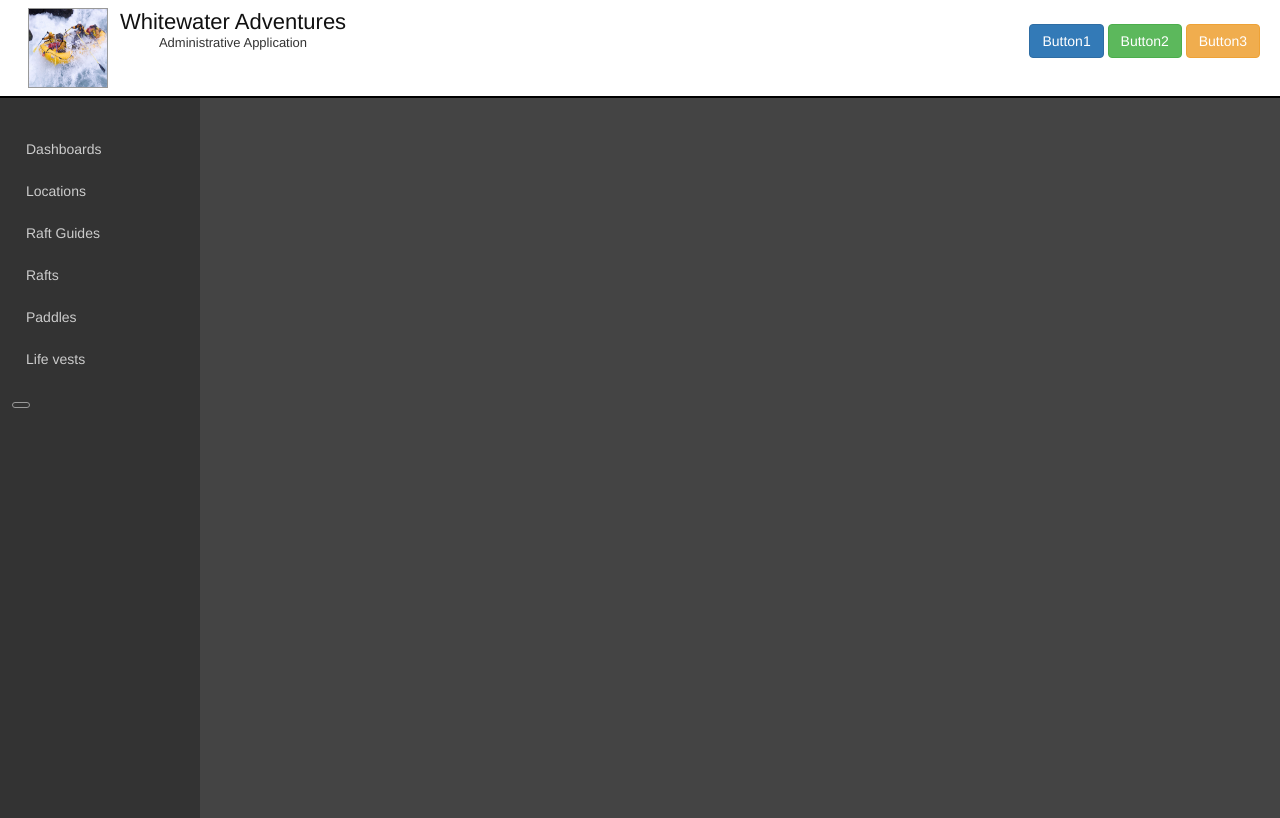
Repository: chetana161992/white
Page: index.html
The author's editor kept a record of every edit. The page is drawn from the files as they stood at one moment, then again after the next edit.
The browser window is 1280 px wide. The pictures show the whole page.
Some web libraries are served in a nearby version.

Above is the page before.

### index.html
<!DOCTYPE html>
<html  ng-app="app">
   <head>
   	<meta name="viewport" content="width=device-width, initial-scale=1, maximum-scale=1, user-scalable=no">
         <title>Whitewater Adventures</title>
            <link href="content/bootstrap.min.css" rel="stylesheet"/>
             <link href="content/font-awesome.min.css" rel="stylesheet"/>
            <link href="app/app.css" rel="stylesheet"/>

            <link href="extModules/psMenu/psMenu.css" rel="stylesheet"/>

            <link href="extModules/psFramework/psFramework.css" rel="stylesheet"/>
            <script src="scripts/angular.min.js"></script>
            <script src="scripts/jquery-2.1.4.min.js"></script>

			<script src="extModules/psDashboard/psDashboardModule.js"></script>
			<script src="extModules/psMenu/psMenuModule.js"></script>
			<script src="extModules/psMenu/psMenuDirective.js"></script>
			<script src="extModules/psMenu/psMenuItemDirective.js"></script>


			<script src="extModules/psMenu/psMenuController.js"></script>
			<script src="extModules/psFramework/psFrameworkModule.js"></script>
			<script src="extModules/psFramework/psFrameworkDirective.js"></script>
			<script src="extModules/psFramework/psFrameworkController.js"></script>

			<script src="app/appModule.js"></script>
   </head>
   <body class="container-fluid">

   	<ps-framework title="Whitewater Adventures"
   				  subtitle="Administrative Application"
   				  icon-file="images/oars_whitewater.jpg">

   		<ps-menu>
   			<ps-menu-item label="Dashboards" icon="fa-dashboard" route="dashboards"></ps-menu-item>
   			<ps-menu-item label="Locations" icon="fa-location-arrow" route="locations"></ps-menu-item>
   			<ps-menu-item label="Raft Guides" icon="fa-user" route="guides"></ps-menu-item>
   			<ps-menu-group label="Equipment" icon="fa-gears">
   			     <ps-menu-item label="Rafts" icon="fa-unlink" route="rafts"></ps-menu-item>
   			     <ps-menu-item label="Paddles" icon="fa-magic" route="paddles"></ps-menu-item>
   			    <ps-menu-item label="Life vests" icon="fa-life-ring" route="vests"></ps-menu-item>


   			</ps-menu-group>


   		</ps-menu>

   	</ps-framework>



    </body>


</html>

### app/app.css

body{
	background-color: #444;


}

.container-fluid{
	padding: 0;
}

### extModules/psMenu/psMenu.css

.ps-menu-area {
	position: relative;
	background-color: #333;
	color: #ccc;
	padding-left: 0;
}

.ps-menu-area-vertical{
	padding-top: 30px;
	width: 200px;
	min-height: 100vh;
}

.ps-menu-area-horizontal{
	width:100%;
	height:40px;
}
.ps-menu-area .btn:hover {
	color: #ccc;
}

.ps-menu-area ul {
	padding-left: 0;
}

.ps-menu {
	list-style-type: none;
	vertical-align: top;
}

.ps-menu ul {
	list-style-type: none;
	display: inline;
	padding-left: 0;
}

.ps-menu li {
	line-height: 3em;
	cursor: pointer;
}

.ps-menu li div {

	display: inline-block;
	width: 90%;
	padding-left: 16px;

}

.ps-menu-active-indicator {
	float:right;
	color:#ddd;
	margin-right:0;
	margin-top:8px;
}
.ps-selectable-item:hover {
	background-color: #555;
}

.ps-menu-icon {
	margin-right: 10px;
}

.ps-noselect {
	-Webkit-touch-callout: none;
	  user-select: none;
}


.ps-group-indicator-left{
	float:right;
	color:#ddd;
	margin-right:2px;
	margin-top:15px;

}

.ps-subitem-section{
	padding-left:16px;

}

.ps-menu-layout-button{
	margin:12px;
	padding:2px 8px;
	color:#bbb;
	background-color:#333;
	border:1px solid #999;
}

.ps-item-horizontal{
	display:inline-block;
	width:165px !important;
	margin-left:20px;
	margin-top:5px;
	line-height:1.5em !important;
}

### extModules/psFramework/psFramework.css

.ps-title-bar{
	background-color:white;
	padding:0px 20px;
	border-bottom: 2px solid black;


}

.ps-logo-area{
	/*text-align: center;*/
}

.ps-title-area{
	display: inline-block;
	text-align:center;

}




.ps-icon{
	 display: inline-block;
	 width: 80px;
	 height:80px;
	 margin: 8px;
	 vertical-align: top;
	 border:1px solid #999;

}

.ps-title {
	color:#111;
	margin-top:6px;
	font-size: 22px;
}

.ps-subtitle {
	font-size: 13px;
	margin-top: -13px;
}

@media screen and (max-width: 430px){
	.ps-icon >div
	{
		display:none;
	}
	.ps-logo-title{
		font-size:18px;
	}
}

.ps-rightside-controls {
	line-height: 80px;
}

.ps-rightside-controls>div
{
	text-align: center;
}


@media screen and (min-width: 768px){
	.ps-rightside-controls >div
	{
		text-align: right;
	}
	.ps-logo-area{
		text-align: left;
	}
}


.ps-collapsed-menu {
	display:inline-block;
	height:100%;
}


.ps-nav-button {
	width:60px;
	height:40px;
	margin-top:10px;
	border:1px solid #888;
	padding:0;
	font-size:26px;
	color:#777;

}

### extModules/psDashboard/psDashboardModule.js
"use strict";

angular.module("psDashboard",[]);

### extModules/psMenu/psMenuModule.js
"use strict";

angular.module("psMenu",[]);

### extModules/psMenu/psMenuDirective.js
"use strict";

angular.module('psMenu').directive('psMenu',function(){
	return{
		scope:{

		},
		transclude:true,
		controller:'psMenuController',
		templateUrl:'extModules/psMenu/psMenuTemplate.html',
		link:function  (scope,el,attr)
		{
			// body...
		}

	};

});

### extModules/psMenu/psMenuItemDirective.js
"use strict";

angular.module('psMenu').directive('psMenuItem',function(){
	return{
		require: '^psMenu',
		scope:{

				label: '@',
				icon: '@',
				route: '@'

		},
		templateUrl:'extModules/psMenu/psMenuItemTemplate.html',
		link:function  (scope,el,attr,ctrl) {

			scope.isActive=function(el){
				return el === ctrl.getActiveElement();
			};
			el.on('click',function(evt){
				evt.stopPropagation();
				evt.preventDefault();
				scope.$apply(function(){
					ctrl.setActiveElement(el);
					ctrl.setRoute(scope.route);

				});


			});
		}

	};

});

### extModules/psMenu/psMenuController.js
"use strict";

angular.module('psMenu').controller('psMenuController',
	['$scope','$rootScope',function($scope,$rootScope)
	{

		$scope.showMenu=true;
		$scope.isVertical=true;
		this.getActiveElement=function(){
			return $scope.activeElement;
		};
			this.setActiveElement=function(el){
				$scope.activeElement=el;
			};

			this.setRoute=function(route){
				$rootScope.$broadcast('ps-menu-item-selected-event',
				{
					route:route

				});
			};



			$scope.$on('ps-menu-show',function(evt,data){

			 				$scope.showMenu=data.show;
			});

			$scope.toggleMenuOrientation=function(){
				$scope.isVertical=!$scope.isVertical;

				$rootScope.$broadcast('ps-menu-orientation-changed-event',{
				   isMenuVertical: $scope.isVertical
				});
			};
     }
]);

### extModules/psFramework/psFrameworkModule.js
"use strict";

angular.module("psFramework",["psMenu","psDashboard"]);

### extModules/psFramework/psFrameworkDirective.js
"use strict";

angular.module("psFramework").directive("psFramework",function(){
		return{
			transclude: true,
			scope:{
				title:"@",
				subtitle:"@",
				iconFile:"@"

			},
			controller:"psFrameworkController",
			templateUrl:"extModules/psFramework/psFrameworkTemplate.html"


		};
});

### extModules/psFramework/psFrameworkController.js
"use strict";

angular.module("psFramework").controller("psFrameworkController",
	['$scope','$rootScope','$window','$timeout',function ($scope,$rootScope,$window,$timeout){

            $scope.isMenuVisible=true;
            $scope.isMenuButtonVisible=true;
            $scope.$on('ps-menu-item-selected-event',function(evt,data){
                $scope.routeString=data.route;

                 checkWidth();
                  broadcastMenuState();

            });

            $($window).on('resize.psFramework',function(){
               $scope.$apply(function(){
                  checkWidth();
                  broadcastMenuState();
               });
            });

            $scope.$on("$destroy",function() {
               $($window).off("resize.psFramework") ;
            });


            var checkWidth =function(){
                var width=Math.max($($window).width(),$window.innerWidth);
                $scope.isMenuVisible=(width>=768);
                $scope.isMenuButtonVisible=!$scope.isMenuVisible;
            };

            $scope.menuButtonClicked=function(){
              $scope.isMenuVisible=!$scope.isMenuVisible;
              broadcastMenuState();
             $scope.$apply();
            };

           var broadcastMenuState=function(){
              $rootScope.$broadcast('ps-menu-show',
              {
                  show: $scope.isMenuVisible

              });
            };

            $timeout(function(){
                checkWidth();
            },0);
      }
    ]);

### app/appModule.js
"use strict";

angular.module("app",["psFramework"]);

### extModules/psMenu/psMenuItemTemplate.html

<li class="ps-selectable-item">

	<div class="ps-noselect">
	<i class="fa {{icon}} ps-menu-icon"> </i>
			{{label}}
	</div>
	<i class="fa fa-2x fa-caret-left ps-menu-active-indicator" ng-if="isActive()"></i>
</li>

### extModules/psMenu/psMenuTemplate.html


<div class="ps-menu-area" ng-class="{'ps-menu-area-vertical':isVertical,'ps-menu-area-horizontal':!isVertical}">

	<ul class="ps-menu" ng-transclude>  </ul>
	<a class="btn ps-menu-layout-button" ng-click="toggleMenuOrientation()">
	    <i class="fa fa-chevron-up">

	    </i>
	</a>

</div>

### extModules/psFramework/psFrameworkTemplate.html

<div class="ps-title-bar">

		       <div class="row">
				<div class="ps-logo-area col-sm-6">
						<img class="ps-icon" ng-src="{{iconFile}}"/>
							<div class="ps-title-area">
									<p class="ps-title">{{title}}</p>
									<p class="ps-subtitle">{{subtitle}}</p>
							</div>


						<div ng-if="isMenuButtonVisible" ng-click="menuButtonClicked()" class="ps-collapsed-menu pull-right">
							<button type="button" class="btn ps-nav-button">
								<i class="fa fa-bars"></i>
							</button>

						</div>

				</div>
				<div class="ps-rightside-controls col-sm-6">
							<div>
										<button class="btn btn-primary"> Button1 </button>
										<button class="btn btn-success"> Button2 </button>
										<button class="btn btn-warning"> Button3 </button>
							</div>
				</div>

		</div>




</div>

<div ng-transclude>

</div>

<div style="position:absolute;color:red;left:220px;top:200px;font-size:44px;">
	{{routeString}}
</div>

Loaded but not shown: content/bootstrap.min.css (library); content/font-awesome.min.css (library); scripts/angular.min.js (library); scripts/jquery-2.1.4.min.js (library)

After the next edit:
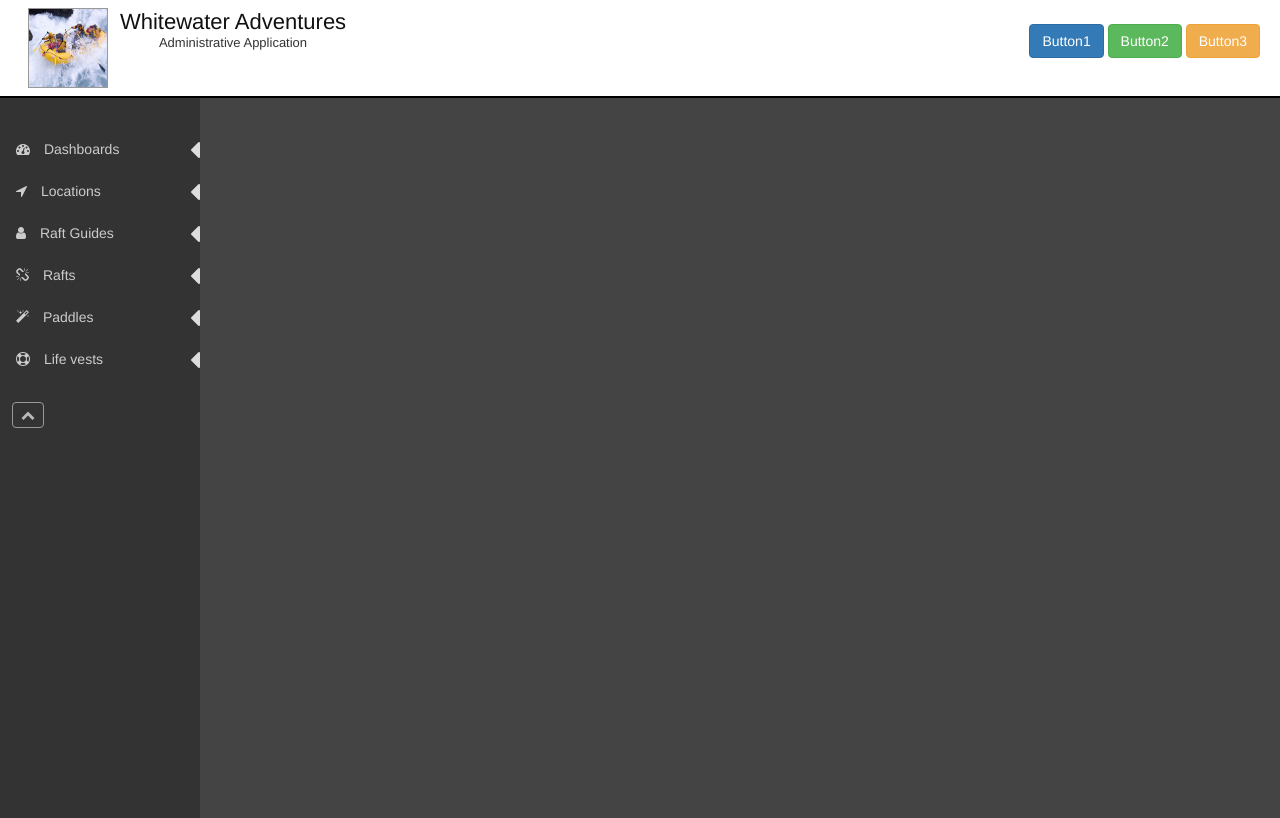
The edit:
--- a/index.html
+++ b/index.html
@@ -5,6 +5,7 @@
          <title>Whitewater Adventures</title>
             <link href="content/bootstrap.min.css" rel="stylesheet"/>
              <link href="content/font-awesome.min.css" rel="stylesheet"/>
+             <link rel="stylesheet" href="//maxcdn.bootstrapcdn.com/font-awesome/4.3.0/css/font-awesome.min.css">
             <link href="app/app.css" rel="stylesheet"/>
 
             <link href="extModules/psMenu/psMenu.css" rel="stylesheet"/>
